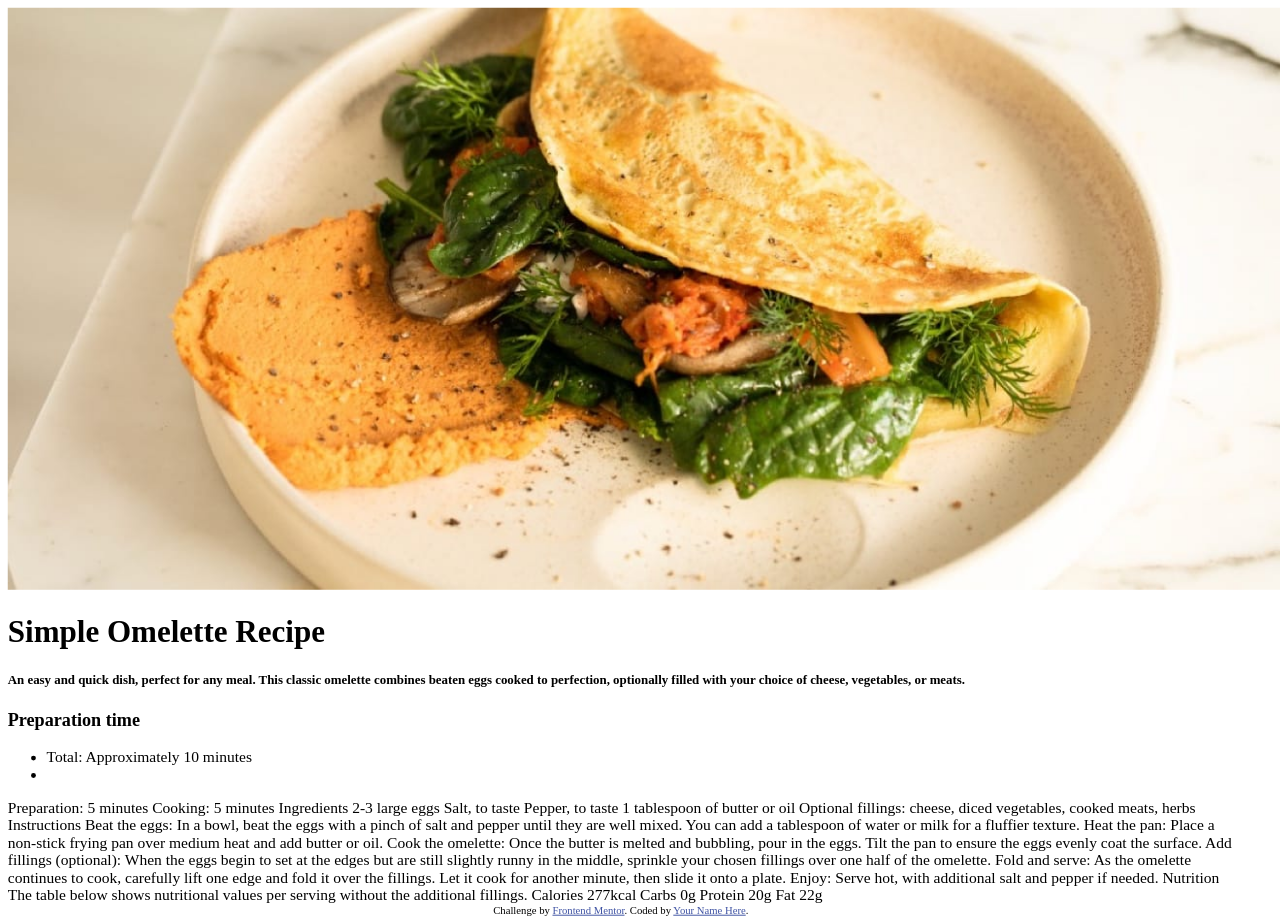
Repository: sodmaq/recipe-page-
Page: index.html
The author's editor kept a copy of each file at every save. The page is drawn from the files as they stood at one save, then again after the next save.
The browser window is 1280 px wide. The page is 1320 px wide, so the pictures cover 1320 px, including what lies to the right of the window. The pictures show the whole page, at 97% of full size.

Above is the page before, as saved 2024-09-07 12:19:25.

### index.html
<!DOCTYPE html>
<html lang="en">
  <head>
    <meta charset="UTF-8" />
    <meta name="viewport" content="width=device-width, initial-scale=1.0" />
    <!-- displays site properly based on user's device -->

    <link
      rel="icon"
      type="image/png"
      sizes="32x32"
      href="./assets/images/favicon-32x32.png"
    />

    <title>Frontend Mentor | Recipe page</title>

    <!-- Feel free to remove these styles or customise in your own stylesheet 👍 -->
    <style>
      .attribution {
        font-size: 11px;
        text-align: center;
      }
      .attribution a {
        color: hsl(228, 45%, 44%);
      }
    </style>
  </head>
  <body>
    <img src="/assets/images/image-omelette.jpeg" alt="" />
    <h1>Simple Omelette Recipe</h1>
    <h5>
      An easy and quick dish, perfect for any meal. This classic omelette
      combines beaten eggs cooked to perfection, optionally filled with your
      choice of cheese, vegetables, or meats.
    </h5>
    <h3>Preparation time</h3>
    <ul>
      <li>Total: Approximately 10 minutes</li>
      <li></li>
    </ul>

    Preparation: 5 minutes Cooking: 5 minutes Ingredients 2-3 large eggs Salt,
    to taste Pepper, to taste 1 tablespoon of butter or oil Optional fillings:
    cheese, diced vegetables, cooked meats, herbs Instructions Beat the eggs: In
    a bowl, beat the eggs with a pinch of salt and pepper until they are well
    mixed. You can add a tablespoon of water or milk for a fluffier texture.
    Heat the pan: Place a non-stick frying pan over medium heat and add butter
    or oil. Cook the omelette: Once the butter is melted and bubbling, pour in
    the eggs. Tilt the pan to ensure the eggs evenly coat the surface. Add
    fillings (optional): When the eggs begin to set at the edges but are still
    slightly runny in the middle, sprinkle your chosen fillings over one half of
    the omelette. Fold and serve: As the omelette continues to cook, carefully
    lift one edge and fold it over the fillings. Let it cook for another minute,
    then slide it onto a plate. Enjoy: Serve hot, with additional salt and
    pepper if needed. Nutrition The table below shows nutritional values per
    serving without the additional fillings. Calories 277kcal Carbs 0g Protein
    20g Fat 22g

    <div class="attribution">
      Challenge by
      <a href="https://www.frontendmentor.io?ref=challenge" target="_blank"
        >Frontend Mentor</a
      >. Coded by <a href="#">Your Name Here</a>.
    </div>
  </body>
</html>

After the next save:
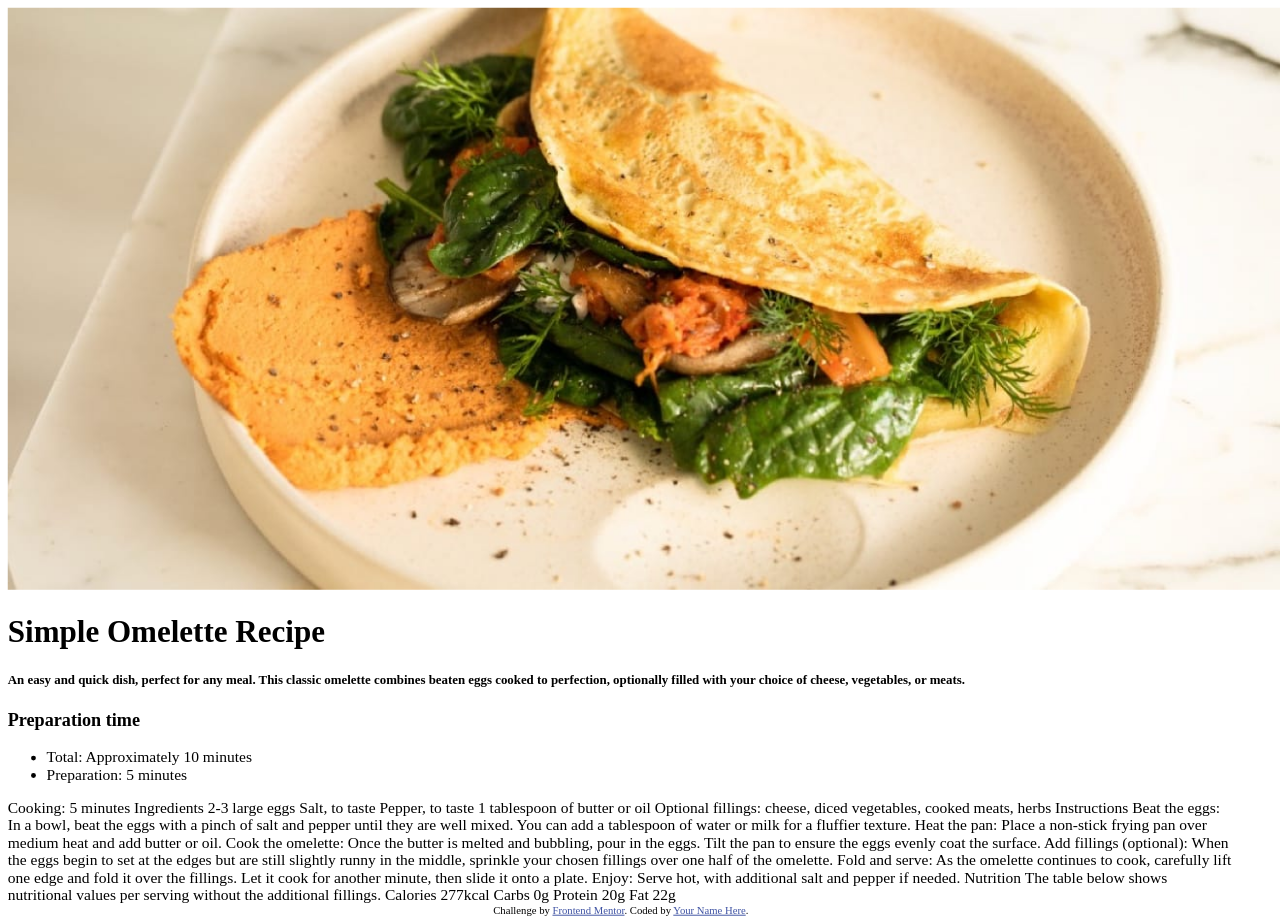
Saved 14 s later.
--- a/index.html
+++ b/index.html
@@ -36,25 +36,24 @@
     <h3>Preparation time</h3>
     <ul>
       <li>Total: Approximately 10 minutes</li>
-      <li></li>
+      <li>Preparation: 5 minutes</li>
     </ul>
 
-    Preparation: 5 minutes Cooking: 5 minutes Ingredients 2-3 large eggs Salt,
-    to taste Pepper, to taste 1 tablespoon of butter or oil Optional fillings:
-    cheese, diced vegetables, cooked meats, herbs Instructions Beat the eggs: In
-    a bowl, beat the eggs with a pinch of salt and pepper until they are well
-    mixed. You can add a tablespoon of water or milk for a fluffier texture.
-    Heat the pan: Place a non-stick frying pan over medium heat and add butter
-    or oil. Cook the omelette: Once the butter is melted and bubbling, pour in
-    the eggs. Tilt the pan to ensure the eggs evenly coat the surface. Add
-    fillings (optional): When the eggs begin to set at the edges but are still
-    slightly runny in the middle, sprinkle your chosen fillings over one half of
-    the omelette. Fold and serve: As the omelette continues to cook, carefully
-    lift one edge and fold it over the fillings. Let it cook for another minute,
-    then slide it onto a plate. Enjoy: Serve hot, with additional salt and
-    pepper if needed. Nutrition The table below shows nutritional values per
-    serving without the additional fillings. Calories 277kcal Carbs 0g Protein
-    20g Fat 22g
+    Cooking: 5 minutes Ingredients 2-3 large eggs Salt, to taste Pepper, to
+    taste 1 tablespoon of butter or oil Optional fillings: cheese, diced
+    vegetables, cooked meats, herbs Instructions Beat the eggs: In a bowl, beat
+    the eggs with a pinch of salt and pepper until they are well mixed. You can
+    add a tablespoon of water or milk for a fluffier texture. Heat the pan:
+    Place a non-stick frying pan over medium heat and add butter or oil. Cook
+    the omelette: Once the butter is melted and bubbling, pour in the eggs. Tilt
+    the pan to ensure the eggs evenly coat the surface. Add fillings (optional):
+    When the eggs begin to set at the edges but are still slightly runny in the
+    middle, sprinkle your chosen fillings over one half of the omelette. Fold
+    and serve: As the omelette continues to cook, carefully lift one edge and
+    fold it over the fillings. Let it cook for another minute, then slide it
+    onto a plate. Enjoy: Serve hot, with additional salt and pepper if needed.
+    Nutrition The table below shows nutritional values per serving without the
+    additional fillings. Calories 277kcal Carbs 0g Protein 20g Fat 22g
 
     <div class="attribution">
       Challenge by
